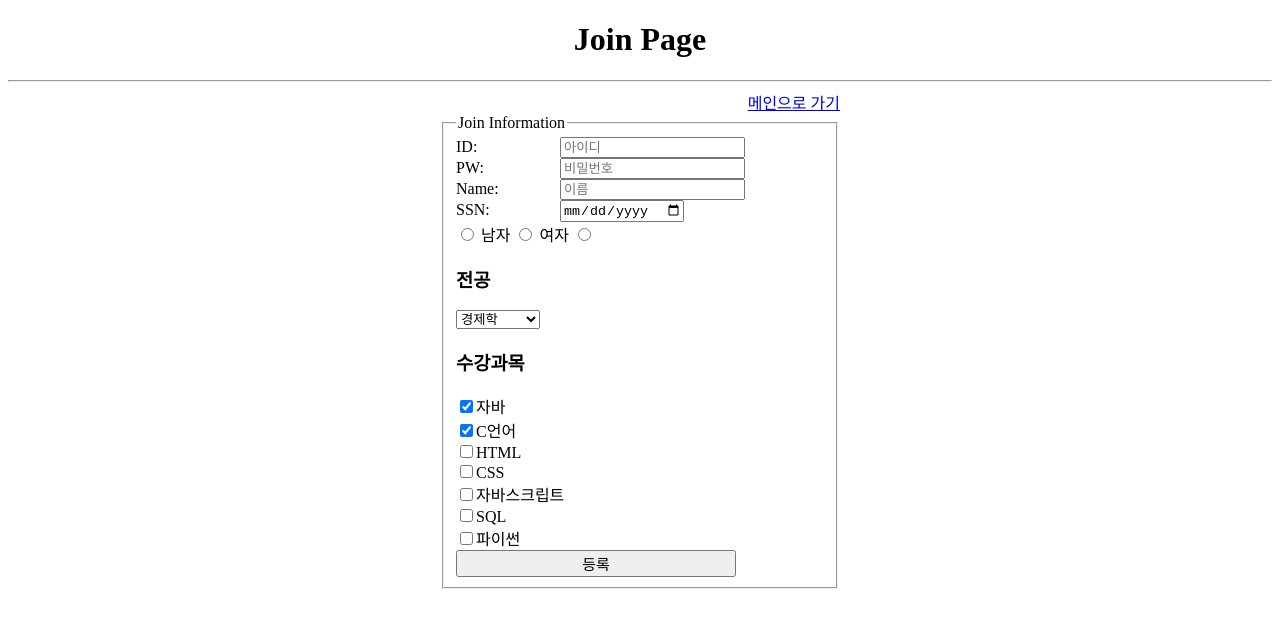
Repository: ByeonYJ/CSSTest
Page: GMSUI/WebContent/member/join.html
An editor plug-in stored every save of this project. The page is shown before and after the next save, followed by the edit.
The browser window is 1280 px wide. The pictures show the whole page.

Above is the page before, as saved 2017-07-20 03:27:32.

### GMSUI/WebContent/member/join.html
<!DOCTYPE html>
<html>
<head>
<meta charset="UTF-8">
<title>Insert title here</title>
<style>
.text-center{text-align: center;}
.border-black{border: 1px solid black;}
.width-30pro{width:30%}
.text-deco-none{text-decoration: none;}
.table-border{border-collapse: collapse;}
.margin-auto{margin:0 auto;}
.list-none{list-style-type:none;}
.inline-block{display:inline-block}
.bgcolor-yellow{background-color:yellow;}
.bgcolor-red{background-color:red;}
.bgcolor-blue{background-color:blue;}
.float-right{float:right}
</style>
</head>
<body>
<div id="wrapper" class="width-100pro">
<h1 style="text-align: center;">Join Page</h1>
<hr/>
<div id="container" class="margin-auto" style=" width: 400px">
<a href="..index.html"class="float-right">메인으로 가기</a><br/>
</div>
<div id="container" class="margin-auto" style="width: 400px">
	<form id="join_form "action="">
		<fieldset>
		<legend>Join Information</legend>
			<span style="width: 100px; display: inline-block;">ID: </span>
			<input name="id" type="text" placeholder="아이디" /><br />
			<span style="width: 100px; display: inline-block;">PW: </span>
			<input name="password" type="password" placeholder="비밀번호"/><br />
			<span style="width: 100px; display: inline-block;">Name: </span>
			<input name="name" type="text" placeholder="이름"/><br />
			<span style="width: 100px; display: inline-block;">SSN: </span>
			<input name="birthday" type="date" placeholder="생년월일"/><br />
			<input type="radio" name="gender" value="male"/> 남자
			<input type="radio" name="gender" value="female"/> 여자
			<input type="radio" name="gender" value="female"/>
			<br />
			<h3>전공</h3>
			<select name=major"" id="">
				<option value="computer" >컴퓨터공학</option>
				<option value="economics" selected="selected">경제학</option>
				<option value="tourism">관광학</option>
				<option value="art">미술학</option>
			</select><br />
			<h3>수강과목</h3>
			<input type="checkbox" name="subject" value="java" checked/>자바<br />
			<input type="checkbox" name="subject" value="c" checked/>C언어<br />
			<input type="checkbox" name="subject" value="html"/>HTML<br />
			<input type="checkbox" name="subject" value="css"/>CSS<br />
			<input type="checkbox" name="subject" value="javascript"/>자바스크립트<br />
			<input type="checkbox" name="subject" value="sql"/>SQL<br />
			<input type="checkbox" name="subject" value="python"/>파이썬<br />
			<input type="submit" value="등록" style="bgcolor-blue color: white; font-size: 15px; width: 280px;/>
			<input type="reset" value="취소" style="bgcolor-red color: white; font-size: 15px; width: 280px;"/>
		</fieldset>
	</form>
</div>
</div>
</body>
</html>

After the next save:
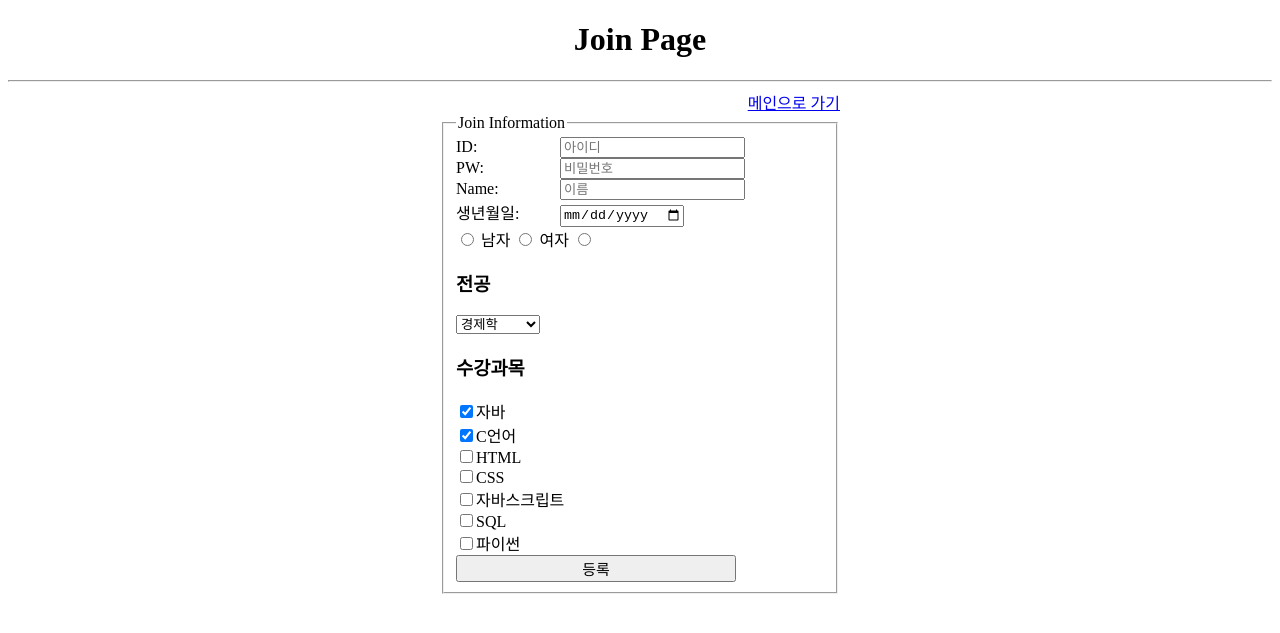
Saved 37 s later.
--- a/GMSUI/WebContent/member/join.html
+++ b/GMSUI/WebContent/member/join.html
@@ -35,7 +35,7 @@
 			<input name="password" type="password" placeholder="비밀번호"/><br />
 			<span style="width: 100px; display: inline-block;">Name: </span>
 			<input name="name" type="text" placeholder="이름"/><br />
-			<span style="width: 100px; display: inline-block;">SSN: </span>
+			<span style="width: 100px; display: inline-block;">생년월일: </span>
 			<input name="birthday" type="date" placeholder="생년월일"/><br />
 			<input type="radio" name="gender" value="male"/> 남자
 			<input type="radio" name="gender" value="female"/> 여자
